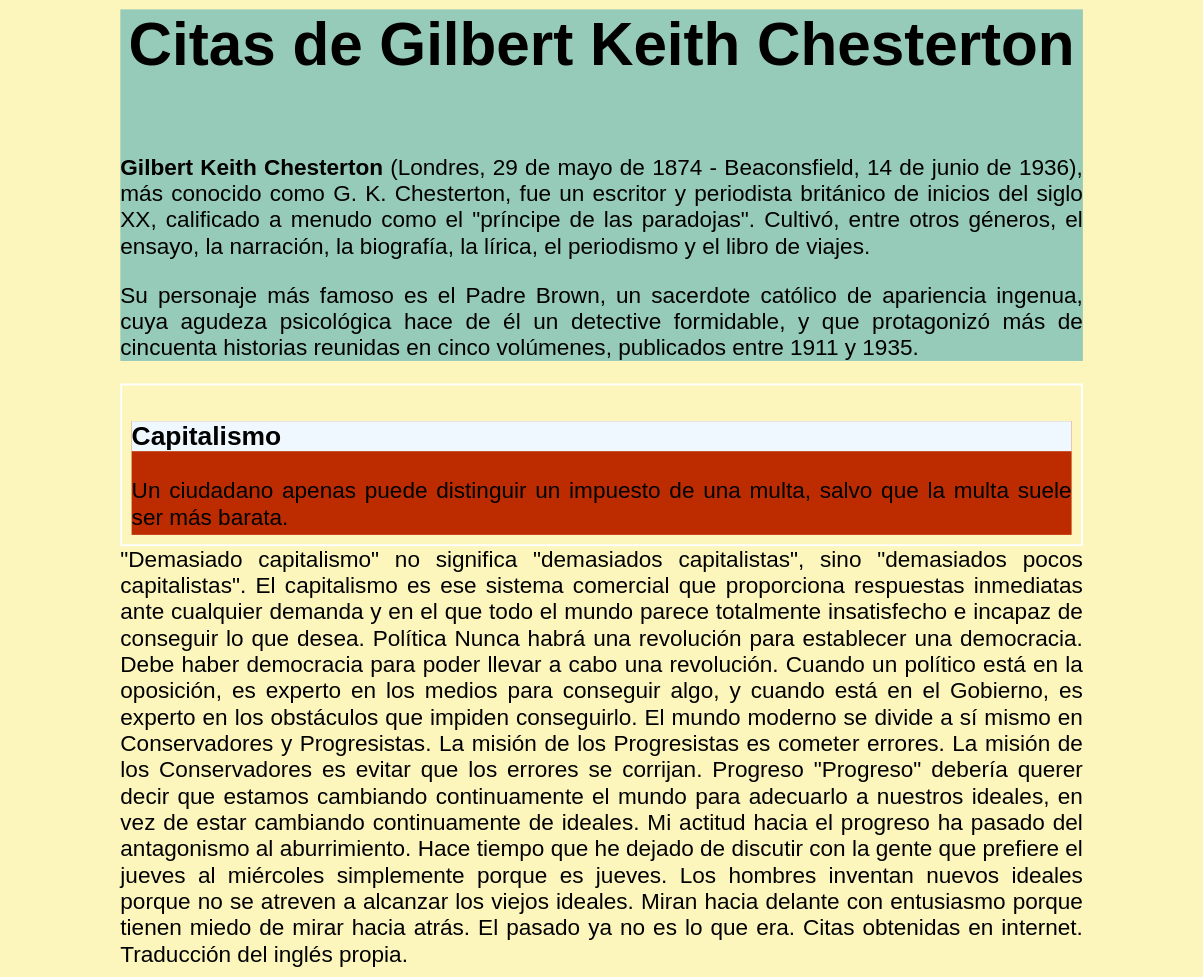
Repository: EmilyMachuca-Developer/Advanced-Programming-Projects
Page: index.html
These files come from the project's save history. The page is drawn as it stood at one moment and after the next save; the edit follows.
The browser window is 1280 px wide. The pictures show the whole page, at 94% of full size.

Above is the page before, as saved 2024-02-26 20:31:06.

### index.html
<html lang="es">
<head>
<meta charset="utf-8">
<link rel="stylesheet" href="Taller 2/css/style.css">
<title>Emily Machuca</title>
</head>

<body>
    <div style="background-color: rgb(150, 202, 185);">
        <h1>Citas de Gilbert Keith Chesterton</h1> <br><br>
        <p><strong>Gilbert Keith Chesterton</strong> (Londres, 29 de mayo de 1874 - Beaconsfield, 14 de junio de 1936), más conocido como G. K. Chesterton, fue un escritor y periodista británico de inicios del siglo XX, calificado a menudo como el "príncipe de las paradojas". Cultivó, entre otros géneros, el ensayo, la narración, la biografía, la lírica, el periodismo y el libro de viajes.</p>
        <p>Su personaje más famoso es el Padre Brown, un sacerdote católico de apariencia ingenua, cuya agudeza psicológica hace de él un detective formidable, y que protagonizó más de cincuenta historias reunidas en cinco volúmenes, publicados entre 1911 y 1935.</p>
    </div>
    <main><section><div style="background-color: aliceblue;"><h3>Capitalismo</h3></div>

        <div><h19>Un ciudadano apenas puede distinguir un impuesto de una multa, salvo que la multa suele ser más barata.</h19></div></section></main>




"Demasiado capitalismo" no significa "demasiados capitalistas", sino "demasiados pocos capitalistas".

El capitalismo es ese sistema comercial que proporciona respuestas inmediatas ante cualquier demanda y en el que todo el mundo parece totalmente insatisfecho e incapaz de conseguir lo que desea.

Política

Nunca habrá una revolución para establecer una democracia. Debe haber democracia para poder llevar a cabo una revolución.

Cuando un político está en la oposición, es experto en los medios para conseguir algo, y cuando está en el Gobierno, es experto en los obstáculos que impiden conseguirlo.

El mundo moderno se divide a sí mismo en Conservadores y Progresistas. La misión de los Progresistas es cometer errores. La misión de los Conservadores es evitar que los errores se corrijan.

Progreso

"Progreso" debería querer decir que estamos cambiando continuamente el mundo para adecuarlo a nuestros ideales, en vez de estar cambiando continuamente de ideales.

Mi actitud hacia el progreso ha pasado del antagonismo al aburrimiento. Hace tiempo que he dejado de discutir con la gente que prefiere el jueves al miércoles simplemente porque es jueves.

Los hombres inventan nuevos ideales porque no se atreven a alcanzar los viejos ideales. Miran hacia delante con entusiasmo porque tienen miedo de mirar hacia atrás.

El pasado ya no es lo que era.

Citas obtenidas en internet. Traducción del inglés propia.
</body>
</html>

### Taller 2/css/style.css
body {
    margin: 10px 10%;
    background-color: fcf6bd;
    font-family: sans-serif;
    font-size: 1.5rem;
    text-align: justify;
  }

  header {
    padding: 0 10px;
    background-color: hwb(0 94% 6% / 0.767);
  }

  h1 {
    margin: 0;
    font-size: 4rem;
    text-align: center;
  }

  main {
    display: block;
    border: white 2px solid;
    padding: 10px;
  }

  section {
    padding-bottom: 5px;
    background-color: hwb(14 0% 26%)
  }

  section + section {
    margin-top: 40px;
  }

  h2 {
    margin: 0;
    padding-left: 10px;
    background-color: white;
  }

  section p {
    border: hwb(16 45% 27%)10px solid;
    margin: 20px 10%;
    padding: 10px;
    color: white;
    line-height: 200%;
  }

  footer {
    border-top: black 5px solid;
    margin: 20px 0;
    padding: 0 10px;
    background-color: hwb(15 50% 40%);
    font-size: 1.2rem;
  }

After the next save:
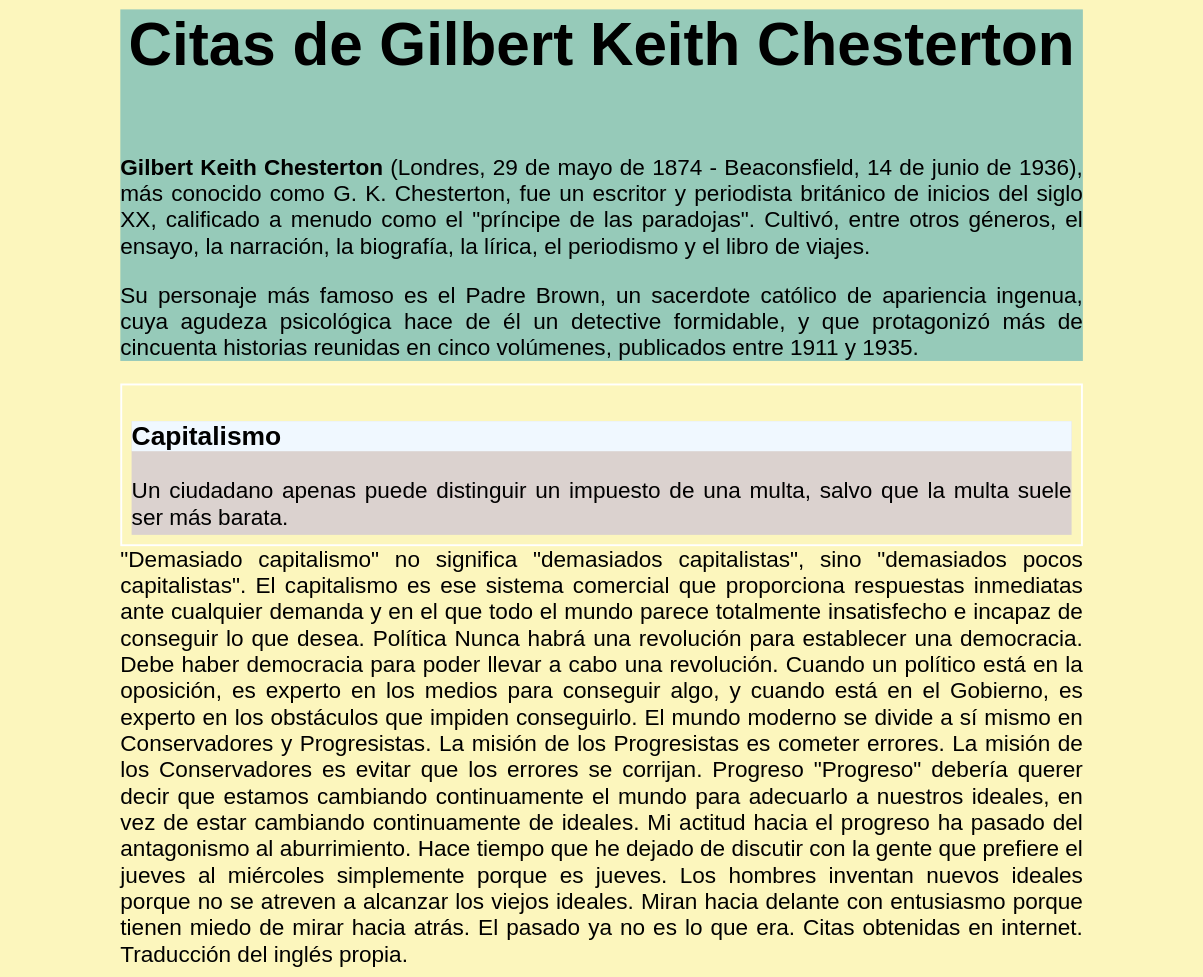
Saved 12 s later.
--- a/Taller 2/css/style.css
+++ b/Taller 2/css/style.css
@@ -25,7 +25,7 @@ body {
 
   section {
     padding-bottom: 5px;
-    background-color: hwb(14 0% 26%)
+    background-color: hwb(17 81% 14%)
   }
 
   section + section {
